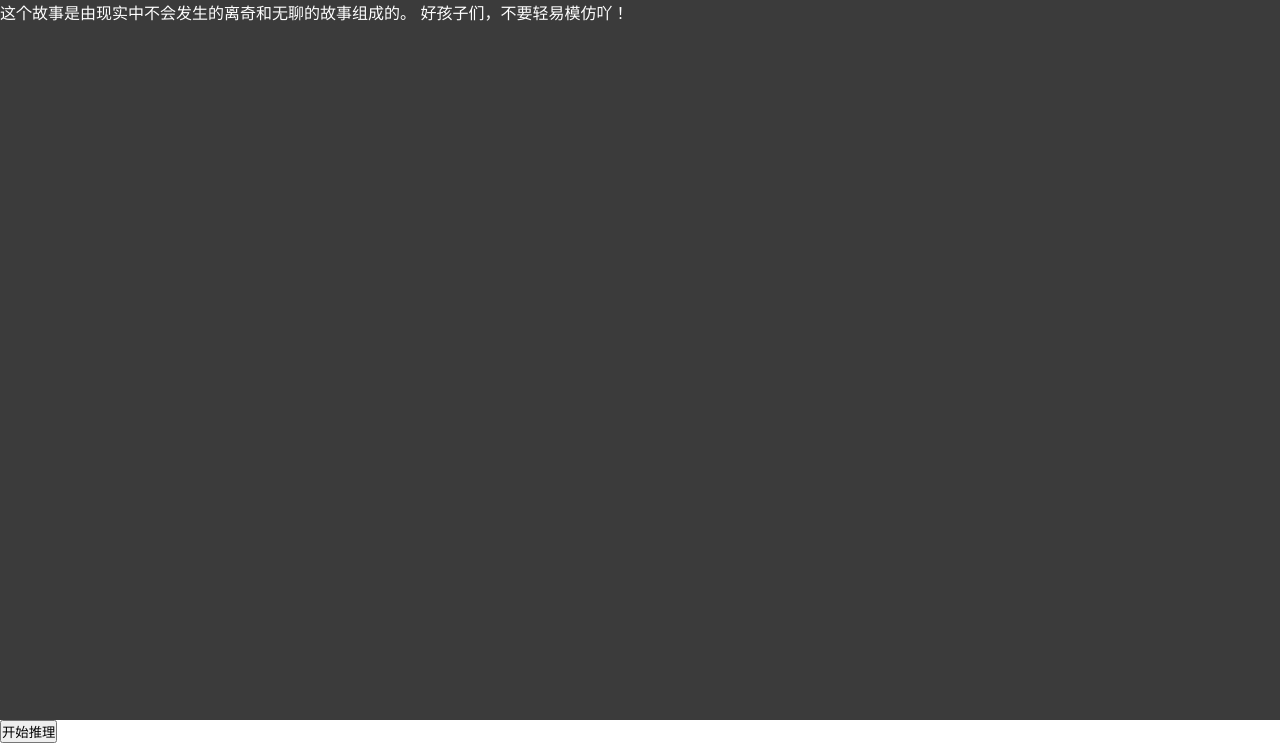
Repository: Jofali/reasoning-genius
Page: /
An editor plug-in stored every save of this project. The page is shown before and after the next save, followed by the edit.
The browser window is 1280 px wide. The pictures show the whole page.
The project was rebuilt for these pictures with package versions that can differ from the ones it lists, and the page was loaded fresh each time. Also part of the build but not shown: src/part1/part1.css, src/part1/part1.js, src/part2/part2.css, src/part2/part2.js, src/title/title.css, src/title/title.js, src/inventory/inventory.css, src/inventory/inventory.js and 2 more.

Above is the page before, as saved 2019-05-22 17:39:24.

After the next save:
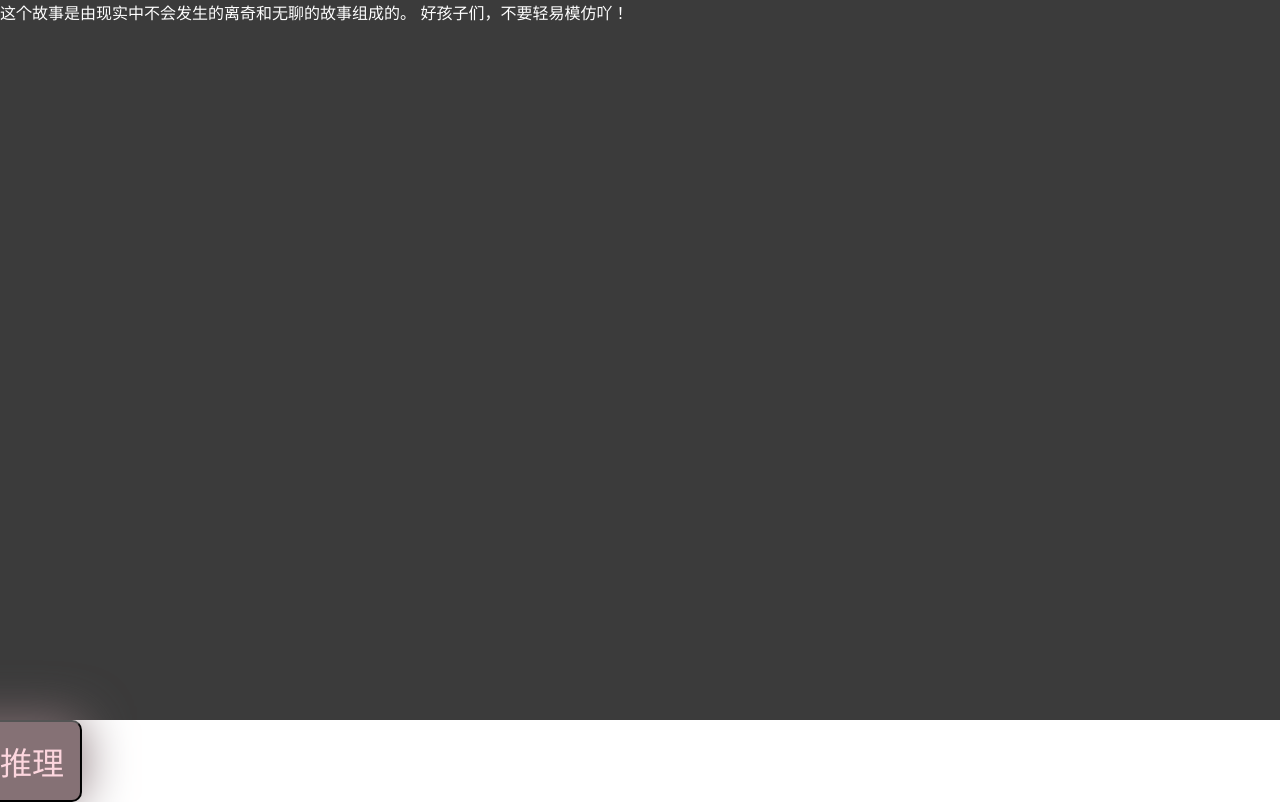
Saved 25 s later.
--- a/src/App.js
+++ b/src/App.js
@@ -71,7 +71,7 @@ class App extends Component {
             >
               { this.state.content }
           </CSSTransition>
-          <button className="btn-begin" onClick={this.stepTo}>开始推理</button>
+          <button className="btn-game-begin-status" onClick={this.stepTo}>开始推理</button>
         </div>
     );
   }
